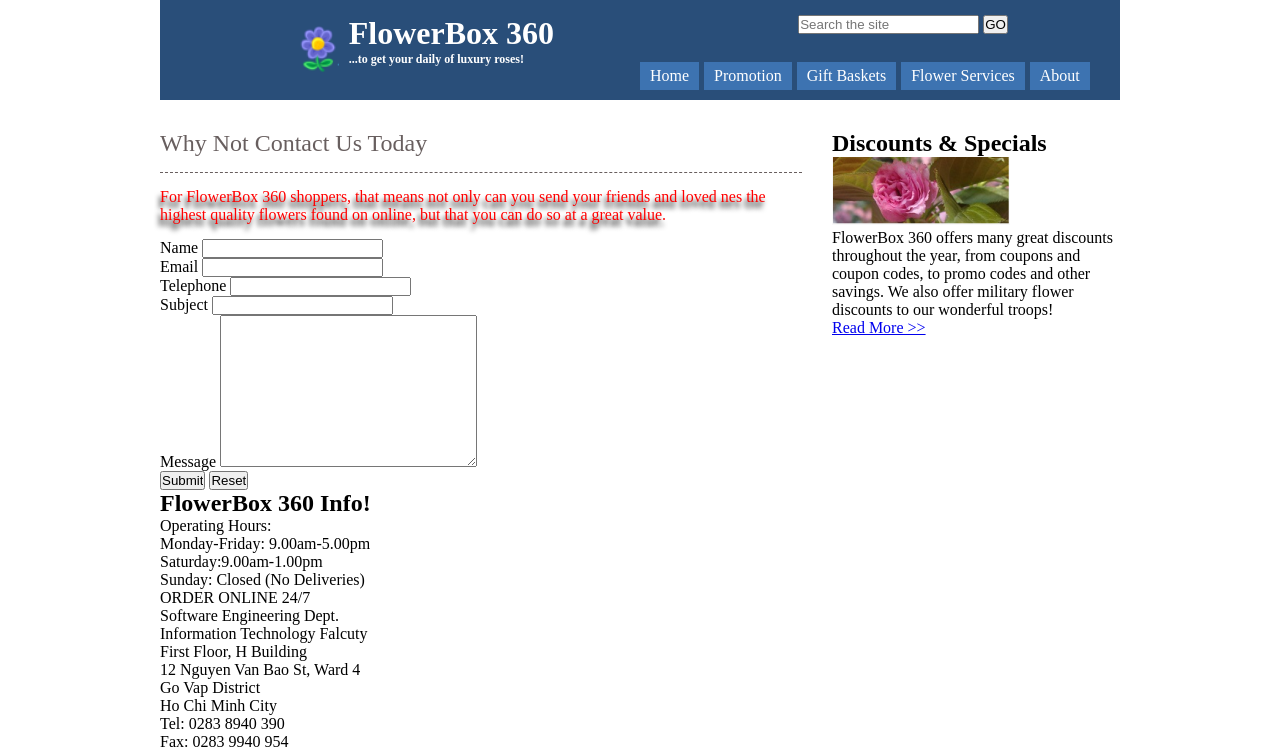
Repository: hoangnguyen1903/STT_21084321_NguyenHuyHoang_DHKHMT17B_Tuan4_DeThamKhao3
Page: html/demo.html
The author's editor kept a copy of each file at every save. The page is drawn from the files as they stood at one save, then again after the next save.
The browser window is 1280 px wide. The pictures show the whole page.

Above is the page before, as saved 2023-03-09 14:53:31.

### html/demo.html
<!DOCTYPE html>
<html lang="en">
  <head>
    <meta charset="UTF-8" />
    <meta http-equiv="X-UA-Compatible" content="IE=edge" />
    <meta name="viewport" content="width=device-width, initial-scale=1.0" />
    <title>Demo 3</title>
    <style>
      * {
        padding: 0;
        box-sizing: border-box;
        margin: 0 auto;
      }

      .wrapper {
        width: 960px;
        height: 100%;
      }

      .header {
        width: 960px;
        height: 100px;
        background-color: #294e79;
        color: #fff;
        display: flex;
        position: relative;
      }

      .header > .header__left {
        display: flex;
        padding: 15px 20px;
      }

      .header > .header__left > img {
        padding-right: 10px;
      }

      .header > .header__left > div > h2 {
        font-size: 12px;
      }

      .header > .header__right {
        padding-top: 15px;
      }

      .header > .header__bottom {
        position: absolute;
        bottom: 10px;
        left: 50%;
        display: flex;
      }

      .header > .header__bottom > li {
        list-style: none;
        margin-right: 5px;
        background-color: #3d73b1;
        padding: 5px 10px;
      }

      .header > .header__bottom > li:hover {
        background-color: #fff;
      }

      .header > .header__bottom > li:hover > a {
        color: #000;
      }

      .header > .header__bottom > li > a {
        text-decoration: none;
        color: white;
      }

      .content {
        width: 960px;
        display: flex;
        margin-top: 30px;
      }

      .content > .content__left {
        width: calc(70% - 30px);
        margin-right: 30px;
      }

      .content > .content__left > .content__left-top {
        color: #685f5f;
        font-weight: 500;
        padding-bottom: 15px;
        border-bottom: 1px dashed #685f5f;
        margin-bottom: 15px;
      }

      .content
        > .content__left
        > .content__left-bottom
        > .content__left-form
        > p {
        color: red;
        text-shadow: -2px 6px 5px #000;
        margin-bottom: 15px;
      }

      .content > .content__right {
        width: 30%;
      }
    </style>
  </head>
  <body>
    <div class="wrapper">
      <div class="header">
        <div class="header__left">
          <img src="../img/AnhLogo.PNG" alt="Logo" class="logo" />
          <div>
            <h1>FlowerBox 360</h1>
            <h2>...to get your daily of luxury roses!</h2>
          </div>
        </div>
        <ul class="header__bottom">
          <li><a href="#">Home</a></li>
          <li><a href="#">Promotion</a></li>
          <li><a href="#">Gift Baskets</a></li>
          <li><a href="#">Flower Services</a></li>
          <li><a href="#">About</a></li>
        </ul>
        <div class="header__right">
          <input
            type="text"
            name="txt"
            id="txt"
            placeholder="Search the site"
          />
          <input type="button" value="GO" />
        </div>
      </div>
      <div class="content">
        <div class="content__left">
          <h2 class="content__left-top">Why Not Contact Us Today</h2>
          <div class="content__left-bottom">
            <div class="content__left-form">
              <p>
                For FlowerBox 360 shoppers, that means not only can you send
                your friends and loved nes the highest quality flowers found on
                online, but that you can do so at a great value.
              </p>
              <form action="">
                <div>
                  <label for="name">Name</label>
                  <input type="text" name="name" id="name" />
                </div>
                <div>
                  <label for="email">Email</label>
                  <input type="email" name="email" id="email" />
                </div>
                <div>
                  <label for="telephone">Telephone</label>
                  <input type="number" name="telephone" id="telephone" />
                </div>
                <div>
                  <label for="subject">Subject</label>
                  <input type="text" name="subject" id="subject" />
                </div>
                <div>
                  <label for="message">Message</label>
                  <textarea
                    name="message"
                    id="message"
                    cols="30"
                    rows="10"
                  ></textarea>
                </div>
                <div>
                  <input type="submit" value="Submit" />
                  <input type="reset" value="Reset" />
                </div>
              </form>
            </div>
            <div class="content__left-info">
              <h2 class="content__left-heading">FlowerBox 360 Info!</h2>
              <div>
                <p>Operating Hours:</p>
                <p>Monday-Friday: 9.00am-5.00pm</p>
                <p>Saturday:9.00am-1.00pm</p>
                <p>Sunday: Closed (No Deliveries)</p>
                <p>ORDER ONLINE 24/7</p>
              </div>
              <div>
                <p>Software Engineering Dept.</p>
                <p>Information Technology Falcuty</p>
                <p>First Floor, H Building</p>
              </div>
              <div>
                <p>12 Nguyen Van Bao St, Ward 4</p>
                <p>Go Vap District</p>
                <p>Ho Chi Minh City</p>
                <p>Tel: 0283 8940 390</p>
                <p>Fax: 0283 9940 954</p>
              </div>
            </div>
          </div>
        </div>
        <div class="content__right">
          <h2 class="content__right-top">Discounts & Specials</h2>
          <div class="content__right-bottom">
            <img src="../img/flower.PNG" alt="Flower" />
            <p>
              FlowerBox 360 offers many great discounts throughout the year,
              from coupons and coupon codes, to promo codes and other savings.
              We also offer military flower discounts to our wonderful troops!
            </p>
            <a href="#">Read More >></a>
          </div>
        </div>
      </div>
      <div class="footer"></div>
    </div>
  </body>
</html>

After the next save:
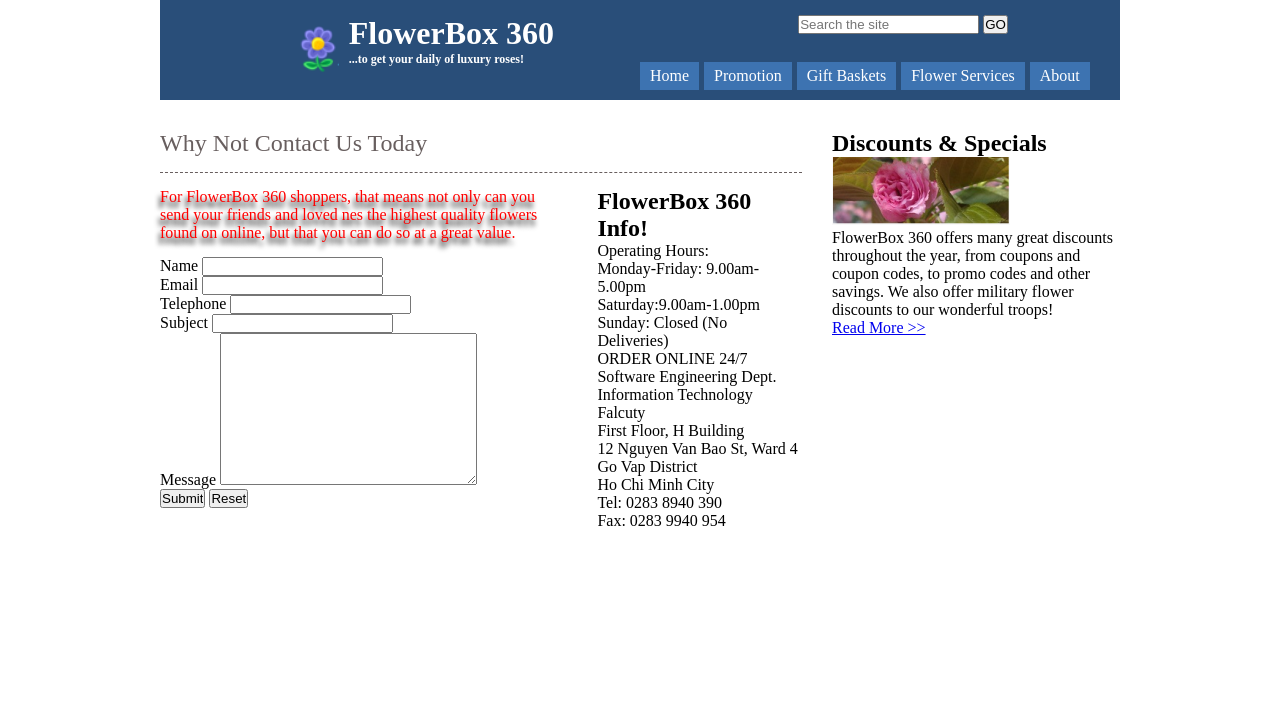
Saved 116 s later.
--- a/html/demo.html
+++ b/html/demo.html
@@ -87,6 +87,15 @@
         padding-bottom: 15px;
         border-bottom: 1px dashed #685f5f;
         margin-bottom: 15px;
+      }
+
+      .content > .content__left > .content__left-bottom {
+        display: flex;
+      }
+
+      .content > .content__left > .content__left-bottom > .content__left-form {
+        width: calc(70% - 30px);
+        margin-right: 30px;
       }
 
       .content
